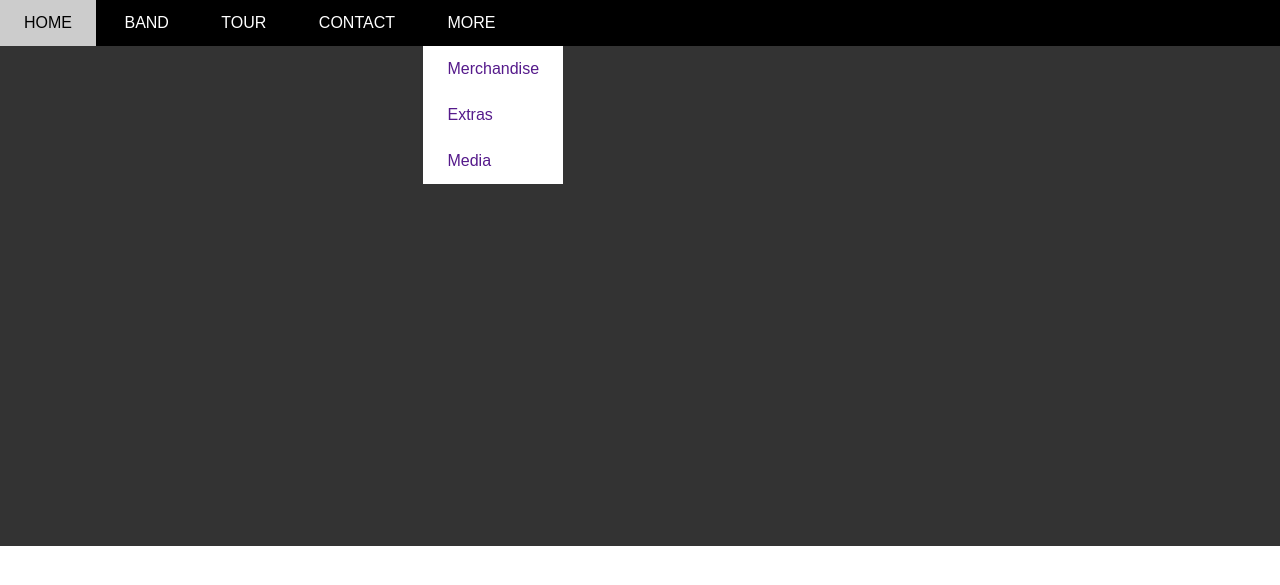
Repository: phanvu0103/HTML-CSS
Page: Thực-Hành-Dự-Án-Số-1-Xây-dựng-web-the-band/index.html
An editor plug-in stored every save of this project. The page is shown before and after the next save, followed by the edit.
The browser window is 1280 px wide. The pictures show the whole page.

Above is the page before, as saved 2022-09-28 16:03:33.

After the next save:
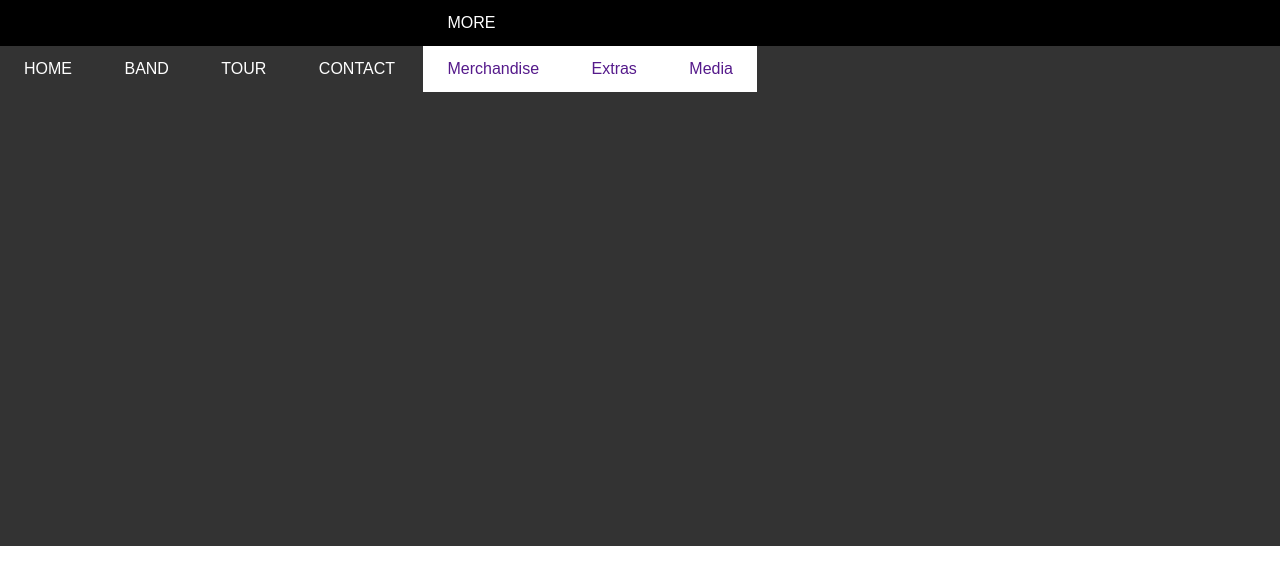
Saved 68 s later.
--- a/Thực-Hành-Dự-Án-Số-1-Xây-dựng-web-the-band/assets/css/style.css
+++ b/Thực-Hành-Dự-Án-Số-1-Xây-dựng-web-the-band/assets/css/style.css
@@ -56,6 +56,7 @@
   position: relative;
   /* phần 2
   position: relative;
+
    */
 }
 #nav > li > a {
@@ -96,11 +97,12 @@
 }
 #nav .subnav {
   /* display: none; */
-  position: absolute;
+  /* position: absolute; */
   background-color: #fff;
   /*  phần 2 NAVI....
    position: absolute;
-  background-color: #fff; */
+  background-color: #fff;
+   */
 }
 
 #slider {

After the save that followed:
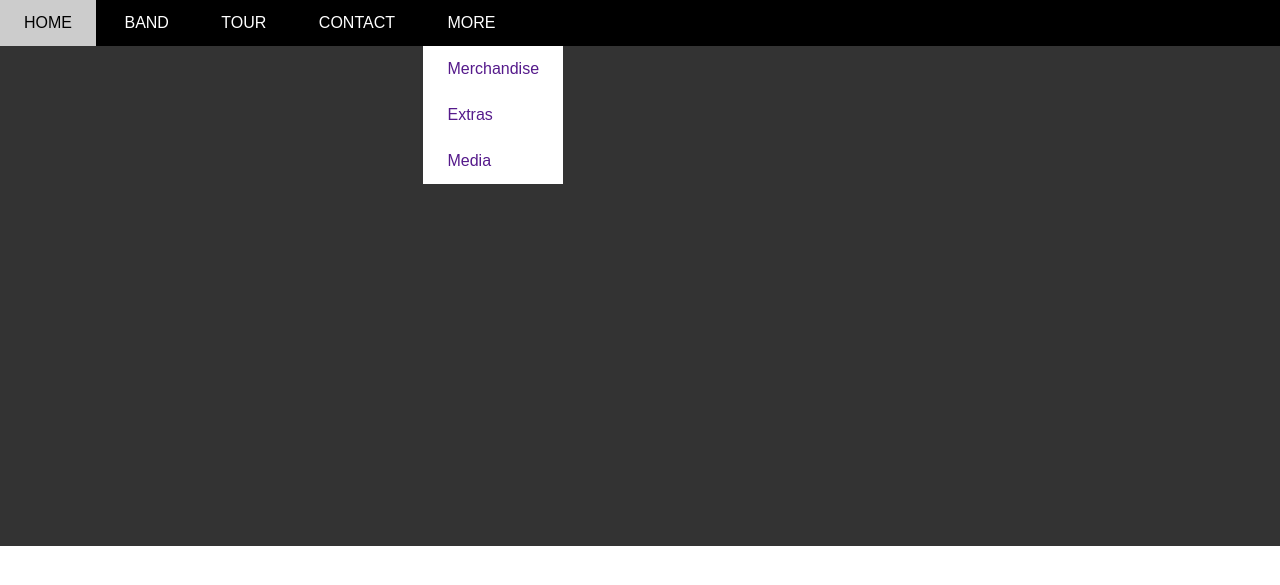
Saved 6 s later.
--- a/Thực-Hành-Dự-Án-Số-1-Xây-dựng-web-the-band/assets/css/style.css
+++ b/Thực-Hành-Dự-Án-Số-1-Xây-dựng-web-the-band/assets/css/style.css
@@ -97,7 +97,7 @@
 }
 #nav .subnav {
   /* display: none; */
-  /* position: absolute; */
+  position: absolute;
   background-color: #fff;
   /*  phần 2 NAVI....
    position: absolute;
